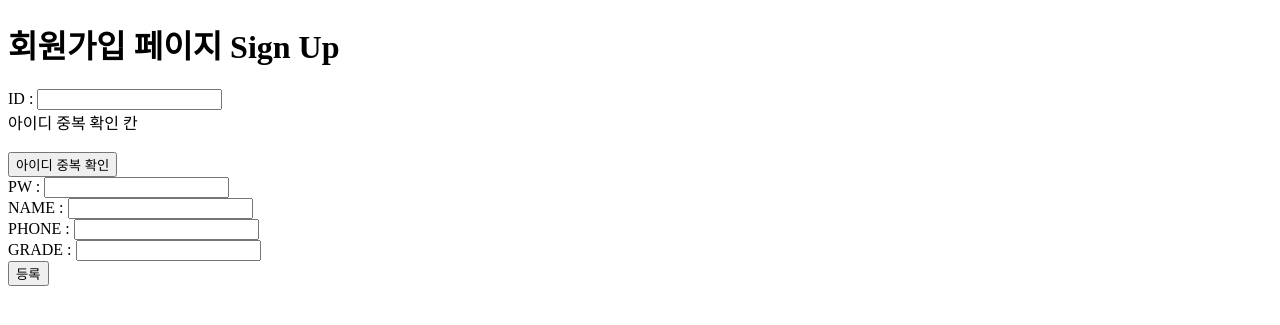
Repository: smallomg/bg-spring
Page: http://localhost/test3/WEB-INF/views/signup.jsp
The author's editor kept a copy of each file at every save. The page is drawn from the files as they stood at one save, then again after the next save.
The browser window is 1280 px wide. The pictures show the whole page.
The page is served by Tomcat 10. Nobody is signed in. Other server files are loaded and not shown. The template is opened directly, without the code that normally fills it, so the values that code supplies are empty.

Above is the page before, as saved 2025-05-13 01:57:53.

### ldy_spring/test3/src/main/webapp/WEB-INF/views/signup.jsp
<%@ page language="java" contentType="text/html; charset=UTF-8"
	pageEncoding="UTF-8"%>
<!DOCTYPE html>
<html>
<head>
<meta charset="UTF-8">
<title>Insert title here</title>
</head>
<body>
	<h1>회원가입 페이지 Sign Up</h1>

	<form action="SignUp" method="post" onsubmit="return validateForm()">
		ID : <input type="text" name="id" id="id"><br>
		<div id=demo1>아이디 중복 확인 칸</div><br>
		<button type="button" onclick="idcheck()">아이디 중복 확인</button><br>
		PW : <input type="text" name="pw" id="pw"><br>
		NAME : <input type="text" name="name"><br>
		PHONE : <input type="text" name="phone"><br>
		GRADE : <input type="text" name="grade"><br>
		<input type="submit" value="등록">
	</form>

	<script>
		function validateForm() {
			const idRegex = /^[a-zA-Z][a-zA-Z0-9]{7,}$/;
			// ^[a-zA-Z] : 첫 글자는 영문자
			// [a-zA-Z0-9]{7,} : 나머지 최소 7글자는 영문 또는 숫자
			const id = document.querySelector("#id").value;
			if (!idRegex.test(id)) {
				alert("아이디는 8개 이상의 문자열과 영문으로 시작하여야 합니다");
				return
			}

			// ^ 	문자열의 시작
			// (?=.*[a-zA-Z]) 영문자 1개이상 포함
			// (?=.*[0-9])	숫자 1개 이상 포함
			// (?=.*[!@#$%^&*])	특수문자 1개 이상 포함 (지정된 것만)
			// $	문자열의 끝

			const pwRegex = /^(?=.*[a-zA-Z])(?=.*[0-9])(?=.*[!@#$%^&*])[A-Za-z0-9!@#$%^&*]{7,}$/;
			const pw = document.querySelector("#pw").value;
			if (!pwRegex.test(pw)) {
				alert("패스워드는 8개 이상의 문자열과 영문 기호 숫자로 구성되어야합니다");
				return
			}
		}


		let idValid = false;
		function idcheck() {
			const id = document.getElementById('id').value;
			if (!id) {
				alert('아이디를 입력하세요.');
				return;
			}
			const xhr = new XMLHttpRequest();
			xhr.onload = function() {
				if (xhr.responseText === "1") {
					document.getElementById('demo1').innerHTML = "사용중인 아이디 입니다";
					idValid = false;
				} else {
					document.getElementById('demo1').innerHTML = "사용가능한 아이디";
					idValid = true;
				}

			}
			xhr.open('GET', '/idcheck?id=' + id);
			xhr.send();
		}
	</script>
</body>
</html>

After the next save:
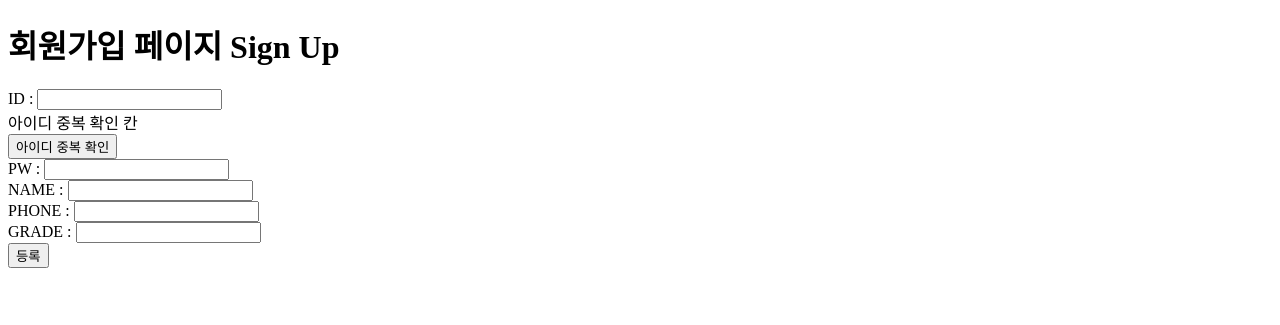
Saved 33 s later.
--- a/ldy_spring/test3/src/main/webapp/WEB-INF/views/signup.jsp
+++ b/ldy_spring/test3/src/main/webapp/WEB-INF/views/signup.jsp
@@ -11,7 +11,7 @@
 
 	<form action="SignUp" method="post" onsubmit="return validateForm()">
 		ID : <input type="text" name="id" id="id"><br>
-		<div id=demo1>아이디 중복 확인 칸</div><br>
+		<div id=demo1>아이디 중복 확인 칸</div>
 		<button type="button" onclick="idcheck()">아이디 중복 확인</button><br>
 		PW : <input type="text" name="pw" id="pw"><br>
 		NAME : <input type="text" name="name"><br>
